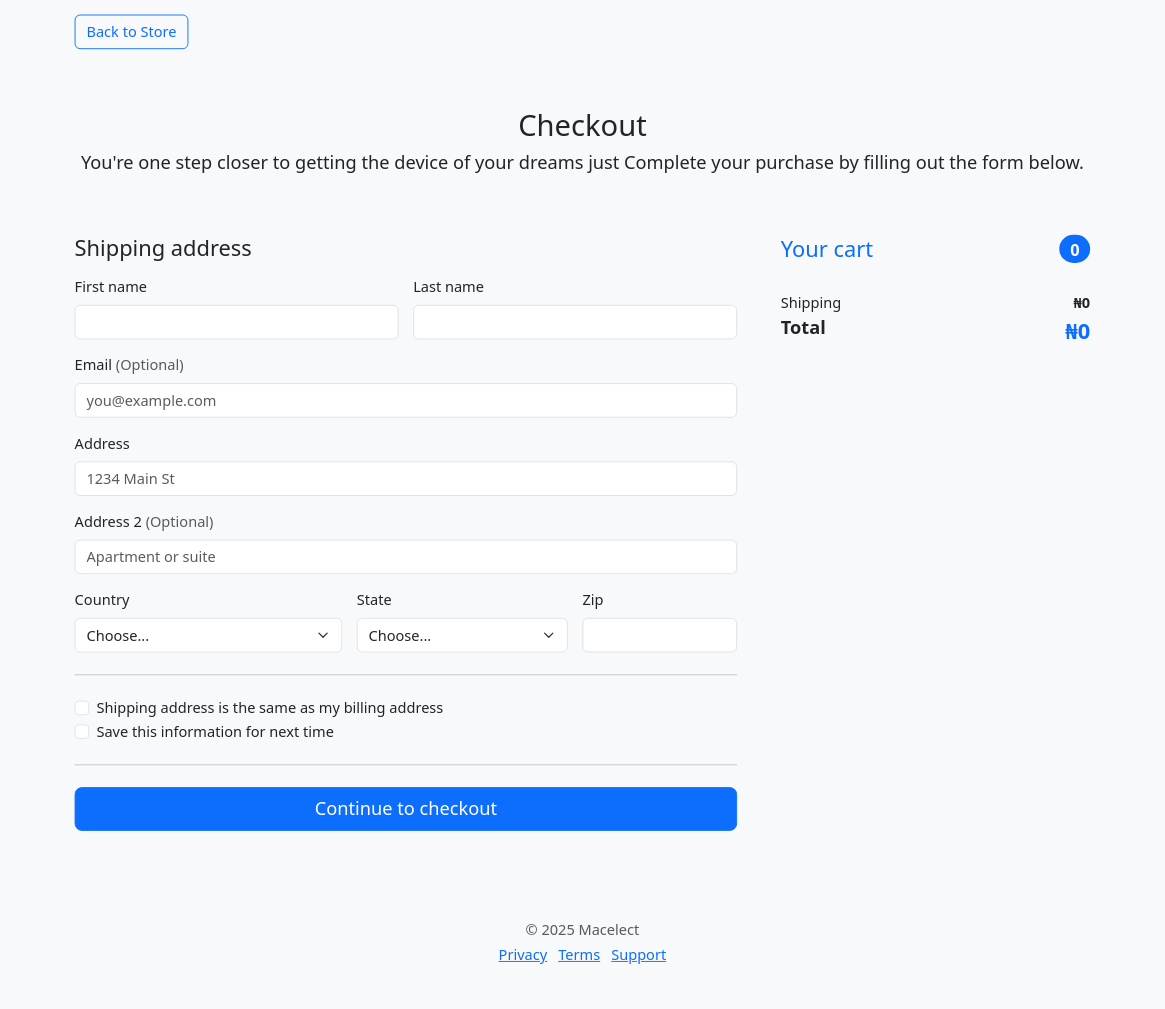
Repository: Davidobi21/macelect
Page: frontend/pages/checkout.html
An editor plug-in stored every save of this project. The page is shown before and after the next save, followed by the edit.
The browser window is 1280 px wide. The pictures show the whole page, at 91% of full size.

Above is the page before, as saved 2025-04-30 07:07:32.

### frontend/pages/checkout.html
<!DOCTYPE html>
<html lang="en">
<head>
  <meta charset="UTF-8">
  <meta name="viewport" content="width=device-width, initial-scale=1.0">
  <title>Checkout</title>
  <link href="https://cdn.jsdelivr.net/npm/bootstrap@5.3.0-alpha1/dist/css/bootstrap.min.css" rel="stylesheet">
</head>
<body class="bg-light">
  <div class="container">
    <!-- Back Button -->
    <div class="py-3">
      <a href="../pages/products.html" class="btn btn-outline-primary">
        <i class="bi bi-arrow-left"></i> Back to Store
      </a>
    </div>

    <main>
      <div class="py-5 text-center">
        <h2>Checkout</h2>
        <p class="lead">You're one step closer to getting the device of your dreams just Complete your purchase by filling out the form below.</p>
      </div>

      <div class="row g-5">
        <!-- Cart Summary -->
        <div class="col-md-5 col-lg-4 order-md-last">
          <h4 class="d-flex justify-content-between align-items-center mb-3">
            <span class="text-primary">Your cart</span>
            <span class="badge bg-primary rounded-pill cart-count">0</span>
          </h4>
          <ul class="list-group mb-3" id="cart-summary">
            <!-- Cart items will be dynamically populated here -->
          </ul>
          <li class="list-group-item d-flex justify-content-between">
            <span>Shipping</span>
            <strong id="shipping-cost">₦0</strong>
          </li>
          <li class="list-group-item d-flex justify-content-between">
            <span class="fs-5 fw-bold">Total</span>
            <strong id="cart-total" class="fs-4 fw-bold text-primary">₦0</strong>
          </li>
        </div>

        <!-- Billing Form -->
        <div class="col-md-7 col-lg-8">
          <h4 class="mb-3">Shipping address</h4>
          <form>
            <div class="row g-3">
              <div class="col-sm-6">
                <label for="firstName" class="form-label">First name</label>
                <input type="text" class="form-control" id="firstName" placeholder="" value="" required>
              </div>

              <div class="col-sm-6">
                <label for="lastName" class="form-label">Last name</label>
                <input type="text" class="form-control" id="lastName" placeholder="" value="" required>
              </div>

              <div class="col-12">
                <label for="email" class="form-label">Email <span class="text-muted">(Optional)</span></label>
                <input type="email" class="form-control" id="email" placeholder="you@example.com">
              </div>

              <div class="col-12">
                <label for="address" class="form-label">Address</label>
                <input type="text" class="form-control" id="address" placeholder="1234 Main St" required>
              </div>

              <div class="col-12">
                <label for="address2" class="form-label">Address 2 <span class="text-muted">(Optional)</span></label>
                <input type="text" class="form-control" id="address2" placeholder="Apartment or suite">
              </div>

              <div class="col-md-5">
                <label for="country" class="form-label">Country</label>
                <select class="form-select" id="country" required>
                  <option value="">Choose...</option>
                  <option value="Nigeria">Nigeria</option>
                  <option value="United States">United States</option>
                </select>
              </div>

              <div class="col-md-4">
                <label for="state" class="form-label">State</label>
                <select class="form-select" id="state" required>
                  <option value="">Choose...</option>
                  <option value="Lagos">Lagos</option>
                  <option value="California">California</option>
                </select>
              </div>

              <div class="col-md-3">
                <label for="zip" class="form-label">Zip</label>
                <input type="text" class="form-control" id="zip" placeholder="" required>
              </div>
            </div>

            <hr class="my-4">

            <div class="form-check">
              <input type="checkbox" class="form-check-input" id="same-address">
              <label class="form-check-label" for="same-address">Shipping address is the same as my billing address</label>
            </div>

            <div class="form-check">
              <input type="checkbox" class="form-check-input" id="save-info">
              <label class="form-check-label" for="save-info">Save this information for next time</label>
            </div>

            <hr class="my-4">

            <button class="w-100 btn btn-primary btn-lg" type="submit">Continue to checkout</button>
          </form>
        </div>
      </div>
    </main>

    <footer class="my-5 pt-5 text-muted text-center text-small">
      <p class="mb-1">© 2025 Macelect</p>
      <ul class="list-inline">
        <li class="list-inline-item"><a href="../pages/fqa.html">Privacy</a></li>
        <li class="list-inline-item"><a href="../pages/fqa.html">Terms</a></li>
        <li class="list-inline-item"><a href="../pages/fqa.html">Support</a></li>
      </ul>
    </footer>
  </div>
  <script src="https://cdn.jsdelivr.net/npm/bootstrap@5.3.0-alpha1/dist/js/bootstrap.bundle.min.js"></script>
  <script>
    document.addEventListener("DOMContentLoaded", () => {
      const cartSummary = document.getElementById("cart-summary");
      const cartTotal = document.getElementById("cart-total");
      const shippingCostElement = document.getElementById("shipping-cost");
      const cartCount = document.querySelector(".cart-count");
      const countrySelect = document.getElementById("country");
      const stateSelect = document.getElementById("state");

      const cart = JSON.parse(localStorage.getItem("cart")) || [];
      let total = 0;

      function calculateShippingCost(country, state) {
        if (country === "Nigeria") {
          if (state === "Lagos") return 500; // Example shipping cost for Lagos
          return 1000; // Example shipping cost for other states in Nigeria
        } else if (country === "United States") {
          return 5000; // Example shipping cost for the US
        }
        return 0; // Default shipping cost
      }

      function updateCartSummary() {
        cartSummary.innerHTML = ""; // Clear existing content
        total = 0;

        cart.forEach(item => {
          const itemTotal = item.price * item.quantity;
          total += itemTotal;

          const listItem = document.createElement("li");
          listItem.className = "list-group-item d-flex justify-content-between lh-sm";
          listItem.innerHTML = `
            <div>
              <h6 class="my-0">${item.name}</h6>
              <small class="text-muted">Quantity: ${item.quantity}</small>
            </div>
            <span class="text-muted">₦${itemTotal.toLocaleString()}</span>
          `;
          cartSummary.appendChild(listItem);
        });

        const country = countrySelect.value;
        const state = stateSelect.value;
        const shippingCost = calculateShippingCost(country, state);

        shippingCostElement.textContent = `₦${shippingCost.toLocaleString()}`;
        cartTotal.textContent = `₦${(total + shippingCost).toLocaleString()}`;
        cartCount.textContent = cart.reduce((count, item) => count + item.quantity, 0);
      }

      countrySelect.addEventListener("change", updateCartSummary);
      stateSelect.addEventListener("change", updateCartSummary);

      updateCartSummary(); // Initial update
    });
  </script>
</body>
</html>

After the next save:
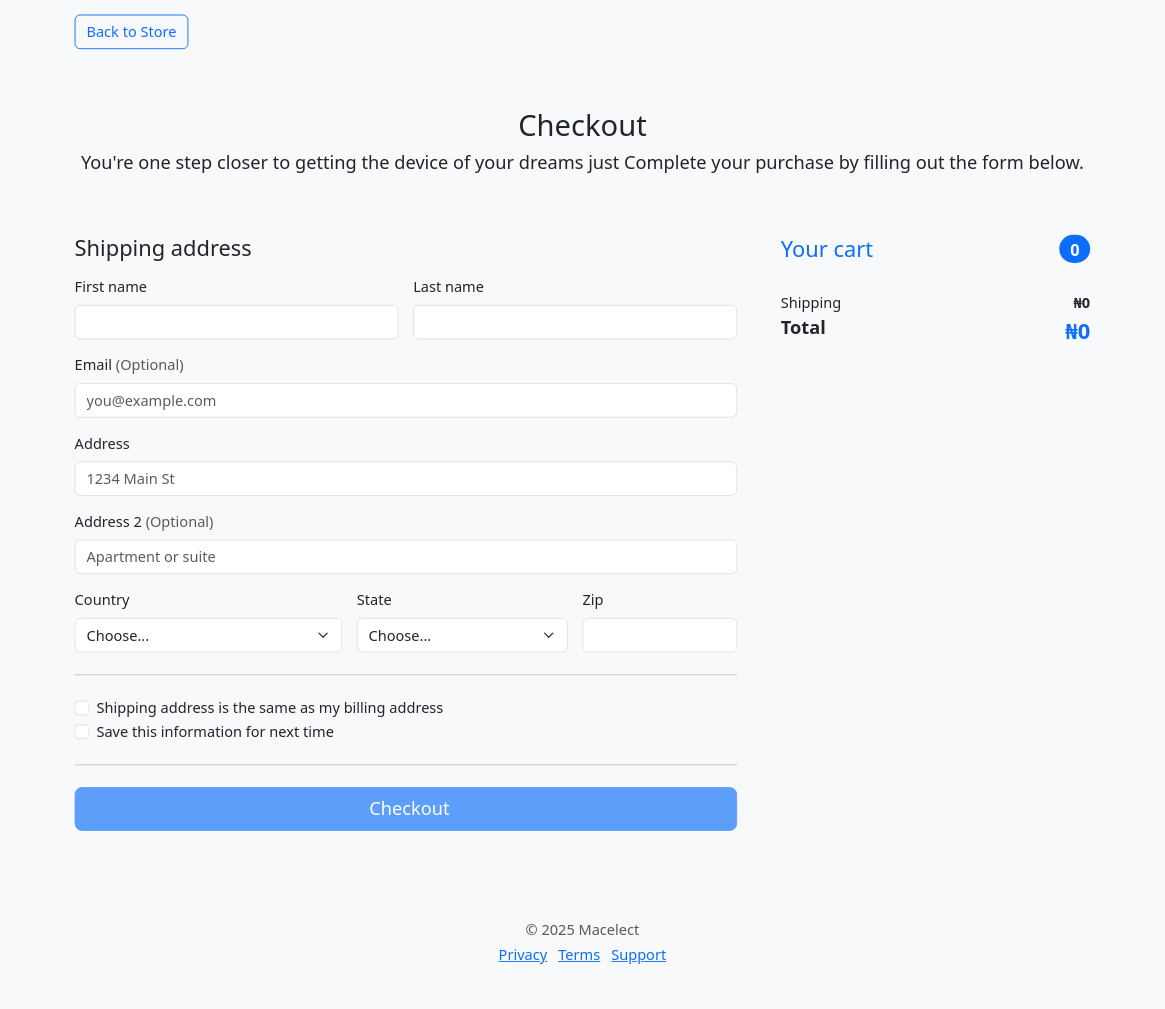
Saved 2 min 32 s later.
--- a/frontend/pages/checkout.html
+++ b/frontend/pages/checkout.html
@@ -109,7 +109,9 @@
 
             <hr class="my-4">
 
-            <button class="w-100 btn btn-primary btn-lg" type="submit">Continue to checkout</button>
+            <button id="checkoutButton" class="w-100 btn btn-primary btn-lg d-flex align-items-center justify-content-center gap-2" type="submit" disabled>
+              <i id="padlockIcon" class="bi bi-lock-fill"></i> Checkout
+            </button>
           </form>
         </div>
       </div>
@@ -133,6 +135,9 @@
       const cartCount = document.querySelector(".cart-count");
       const countrySelect = document.getElementById("country");
       const stateSelect = document.getElementById("state");
+      const checkoutButton = document.getElementById("checkoutButton");
+      const padlockIcon = document.getElementById("padlockIcon");
+      const formInputs = document.querySelectorAll("#firstName, #lastName, #email, #address, #country, #state, #zip");
 
       const cart = JSON.parse(localStorage.getItem("cart")) || [];
       let total = 0;
@@ -174,7 +179,28 @@
         shippingCostElement.textContent = `₦${shippingCost.toLocaleString()}`;
         cartTotal.textContent = `₦${(total + shippingCost).toLocaleString()}`;
         cartCount.textContent = cart.reduce((count, item) => count + item.quantity, 0);
+
+        validateCheckoutButton(); // Check if the button should be enabled
       }
+
+      function validateCheckoutButton() {
+        const isFormValid = Array.from(formInputs).every(input => input.value.trim() !== "");
+        const isCartNotEmpty = cart.length > 0;
+
+        if (isFormValid && isCartNotEmpty) {
+          checkoutButton.disabled = false;
+          padlockIcon.classList.remove("bi-lock-fill");
+          padlockIcon.classList.add("bi-unlock-fill");
+        } else {
+          checkoutButton.disabled = true;
+          padlockIcon.classList.remove("bi-unlock-fill");
+          padlockIcon.classList.add("bi-lock-fill");
+        }
+      }
+
+      formInputs.forEach(input => {
+        input.addEventListener("input", validateCheckoutButton);
+      });
 
       countrySelect.addEventListener("change", updateCartSummary);
       stateSelect.addEventListener("change", updateCartSummary);
